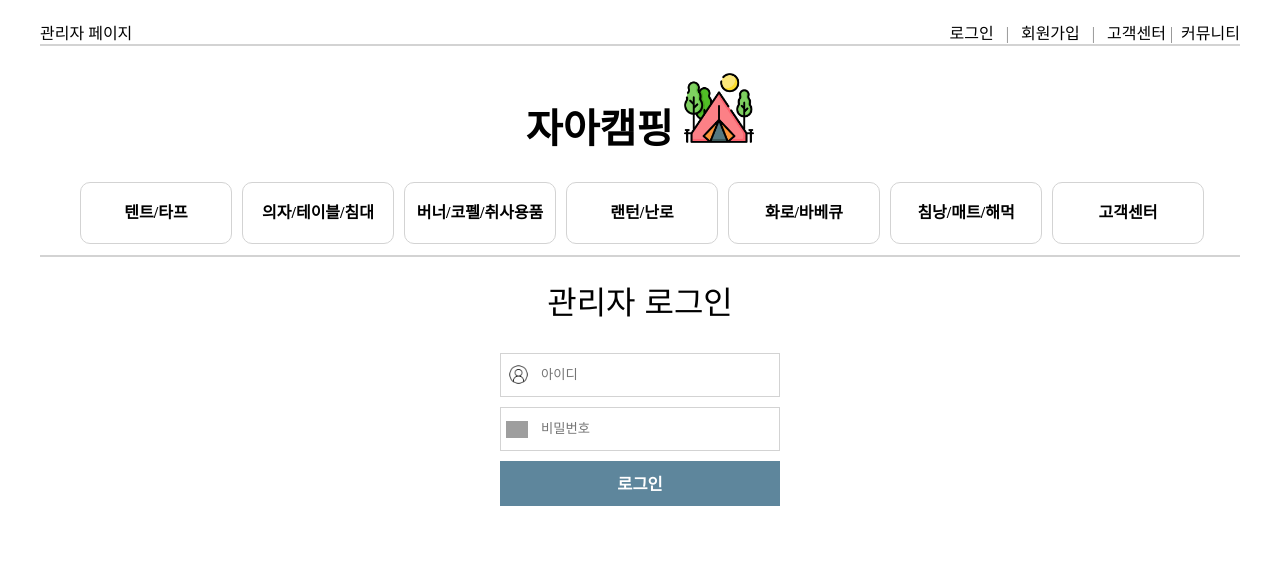
Repository: JJang-Ah/JSP-shoping-mall-project
Page: http://localhost/JaAhCamping/manager/logon/managerLoginForm.jsp
The author's editor kept a copy of each file at every save. The page is drawn from the files as they stood at one save, then again after the next save.
The browser window is 1280 px wide. The pictures show the whole page.
Pictures or frames that could not be fetched are drawn as grey boxes. Some web fonts or font styles are not loaded; a fallback is used. The page is served by Tomcat 9. Other server files are loaded and not shown.

Above is the page before, as saved 2022-06-06 11:18:43.

### JaAhCamping/WebContent/manager/logon/managerLoginForm.jsp
<%@ page language="java" contentType="text/html; charset=UTF-8"
    pageEncoding="UTF-8"%>
<!DOCTYPE html>
<html>
<head>
<meta charset="UTF-8">
<title>관리자 로그인 폼</title>
<style>
@import url('https://fonts.googleapis.com/css2?family=Do+Hyeon&family=Hammersmith+One&family=Paytone+One&display=swap');
a { text-decoration: none; color: black;}
/* 상단 - 메인, 서브 타이틀 */
.m_title { font-family:'Paytone One', sans-serif; text-align: center;}

.s_title { font-family:'Do Hyeon', sans-serif; font-size: 2em; text-align: center; margin-bottom: 30px}

/* 중단 - 로그인 박스 */
.a_box { width: 300px; margin: 20px auto;}
.b_box { border: 1px solid lightgray; padding: 5px; margin: 10px;}
.b_box input[type='text'], .b_box input[type='password'] { height: 30px; padding-left: 35px; border: none;}
.b_box input[type='text']:focus, .b_box input[type='password']:focus { outline: none;}
.b_box input[type='text'] { background: url('../../icons/login_id.png') no-repeat; background-size: 25px; background-position: left center;}
.b_box input[type='password'] { background: url('../../icons/login_pwd.png') no-repeat; background-size: 22px; background-position: left center;}
.c_box { padding: 0; margin: 10px;}
.c_box input[type='button'] { width: 280px; height: 45px; border: none; background: #5e869c; color: #fff; font-weight: bold; font-size: 1.03em;}
</style>

<script>

document.addEventListener("DOMContentLoaded", function() {
	let form = document.managerLoginForm;

	let btn_login = document.getElementById("btn_login");
	btn_login.addEventListener("click", function() {
		if(!form.managerId.value) {
			alert('아이디를 입력하시오.');
			form.managerId.focus();
			return;
		}
		if(!form.managerPwd.value) {
			alert('비밀번호를 입력하시오.');
			form.managerPwd.focus();
			return;
		}
		form.submit();
	})
})

</script>
</head>
<body>

<div id="container">
	<jsp:include page="../../mall/shopTop.jsp"></jsp:include>

	<div class="s_title">관리자 로그인</div>

	<form action="managerLoginPro.jsp" method="post" name="managerLoginForm">
		<div class="a_box">
			<div class="b_box">
				<%-- flaticon 사이트에서 아이콘 다운 --%>
				<input type="text" name="managerId" id="managerId" placeholder="아이디" size="28">
			</div>
			<div class="b_box">
				<input type="password" name="managerPwd" id="managerPwd" placeholder="비밀번호" size="28">
			</div>
			<div class="c_box">
				<input type="button" value="로그인" id="btn_login">
			</div>
		</div>

	</form>
</div>

</body>
</html>

### JaAhCamping/WebContent/mall/shopTop.jsp
<%@ page language="java" contentType="text/html; charset=UTF-8"
    pageEncoding="UTF-8"%>
<!DOCTYPE html>
<html>
<head>
<meta charset="UTF-8">
<title>Insert title here</title>
<link href="https://fonts.googleapis.com/css2?family=Do+Hyeon&display=swap" rel="stylesheet">

<style>
#container { width: 1200px; margin: 20px auto;}
/* 상단 */
a { text-decoration: none; color: black;}
.t_box1 { text-align: right;}
.t_box1 #admin_page { display: inline-block; float: left;}
.t_box1 .user_menu { display: inline-block; float: right; color: gray;}
.h_line { clear: both; border: 1px solid lightgray; margin-top: 20px;}
.title { text-align: center; font-family: 'Do Hyeon', sans-serif; font-size: 40px;}
#camping { width: 70px; height: 70px;}
#title_sub_go { font-size: 0.8em;}

/* 메뉴 */
.m_menu { list-style: none; font-weight: bold;}
.m_menu .m_m_list { display: inline-block; float: left; width: 150px; height: 60px;
margin-right: 10px; border: 1px solid lightgray; text-align: center; line-height: 60px; border-radius: 10px;}
.m_menu > .m_m_list { position: relative;}
.m_menu { color: black;}
.m_menu > .m_m_list:hover >.s_menu { display: block;}
.m_m_list > .s_menu { display: none; position: absolute; top: 60px; border: 1px solid black; background: #f0f0f0; border-radius: 10px;}
.s_menu .s_m_list { text-align: left; width: 200px;}

.t_line { clear: both; border: 1px solid lightgray; margin-top: 100px;}
</style>
</head>
<body>
<%
request.setCharacterEncoding("utf-8");

String memberId = (String)session.getAttribute("memberId");

if(memberId == null) {

}

%>
<div id="container">

	<div class="t_box1"> <%--  --%>
		<div id="admin_page"><a href="../manager/managerMain.jsp">관리자 페이지</a></div>
		<div class="user_menu">
		<%if(memberId == null) {  %>
			<a href="../logon/memberLoginForm.jsp"><span>로그인</span></a>&ensp; |&ensp;
			<a href="../member/memberJoinForm.jsp"><span>회원가입</span></a>&ensp; |&ensp;
		<%} else { %>
			<a href="../member/memberInfoForm.jsp"><span><%=memberId %>님</span></a>&ensp; |&ensp;
			<a href="../logon/memberLogout.jsp"><span>로그아웃</span></a>&ensp; |&ensp;
			<a href="#"><span>장바구니</span></a>&ensp; |&ensp;
		<%} %>
		<a href="#">고객센터</a>&nbsp;|&nbsp;
		<a href="#">커뮤니티</a>
		</div>
	</div>
	<hr class="h_line">

	<%-- 상단 제목 --%>
	<h1 class="title"><a href="http://localhost:8088/JaAhCamping/mall/shopAll.jsp">자아캠핑&nbsp;<img alt="camping" src="../icons/camping.png" id="camping"></a></h1>



	<nav class="menu">
		<ul class="m_menu">
			<li class="m_m_list"><a href="#">텐트/타프</a>
				<div class="s_menu">
					<ul>
						<li class="s_m_list"><a href="#">텐트</a></li>
						<li class="s_m_list"><a href="#">텐트관련품</a></li>
						<li class="s_m_list"><a href="#">타프</a></li>
						<li class="s_m_list"><a href="#">폴대/펙/스트링/스토퍼</a></li>
						<li class="s_m_list"><a href="#">공구</a></li>
						<li class="s_m_list"><a href="#">기타(텐트/타프)</a></li>
					</ul>
				</div>
			</li>
			<li class="m_m_list"><a href="#">의자/테이블/침대</a>
				<div class="s_menu">
					<ul>
						<li class="s_m_list"><a href="#">의자</a></li>
						<li class="s_m_list"><a href="#">테이블</a></li>
						<li class="s_m_list"><a href="#">선반/수납가구</a></li>
						<li class="s_m_list"><a href="#">야전침대</a></li>
						<li class="s_m_list"><a href="#">퍼니쳐</a></li>
						<li class="s_m_list"><a href="#">기타(의자/테이블/침대)</a></li>
					</ul>
				</div>
			</li>
			<li class="m_m_list"><a href="#">버너/코펠/취사용품</a>
				<div class="s_menu">
					<ul>
						<li class="s_m_list"><a href="#">버너</a></li>
						<li class="s_m_list"><a href="#">코펠</a></li>
						<li class="s_m_list"><a href="#">취사용품</a></li>
						<li class="s_m_list"><a href="#">식기류</a></li>
						<li class="s_m_list"><a href="#">기타(버터/코펠/취사용품)</a></li>
					</ul>
				</div>
			</li>
			<li class="m_m_list"><a href="#">랜턴/난로</a>
				<div class="s_menu">
					<ul>
						<li class="s_m_list"><a href="#">랜턴</a></li>
						<li class="s_m_list"><a href="#">후레쉬</a></li>
						<li class="s_m_list"><a href="#">난로</a></li>
						<li class="s_m_list"><a href="#">액세서리</a></li>
						<li class="s_m_list"><a href="#">기타(랜턴/난로)</a></li>
					</ul>
				</div>
			</li>
			<li class="m_m_list"><a href="#">화로/바베큐</a>
				<div class="s_menu">
					<ul>
						<li class="s_m_list"><a href="#">화로대</a></li>
						<li class="s_m_list"><a href="#">바베큐 그릴</a></li>
						<li class="s_m_list"><a href="#">토치</a></li>
						<li class="s_m_list"><a href="#">바베큐 소품</a></li>
						<li class="s_m_list"><a href="#">기타(화로/바베큐)</a></li>
					</ul>
				</div>
			</li>
			<li class="m_m_list"><a href="#">침낭/매트/해먹</a>
				<div class="s_menu">
					<ul>
						<li class="s_m_list"><a href="#">침낭</a></li>
						<li class="s_m_list"><a href="#">베개/쿠션/방석</a></li>
						<li class="s_m_list"><a href="#">매트</a></li>
						<li class="s_m_list"><a href="#">해먹</a></li>
						<li class="s_m_list"><a href="#">기타(침낭/매트/해먹)</a></li>
					</ul>
				</div>
			</li>
			<li class="m_m_list"><a href="#">고객센터</a>
			</li>
		</ul>
	</nav>
	<hr class="t_line">
</div>

</body>
</html>

After the next save:
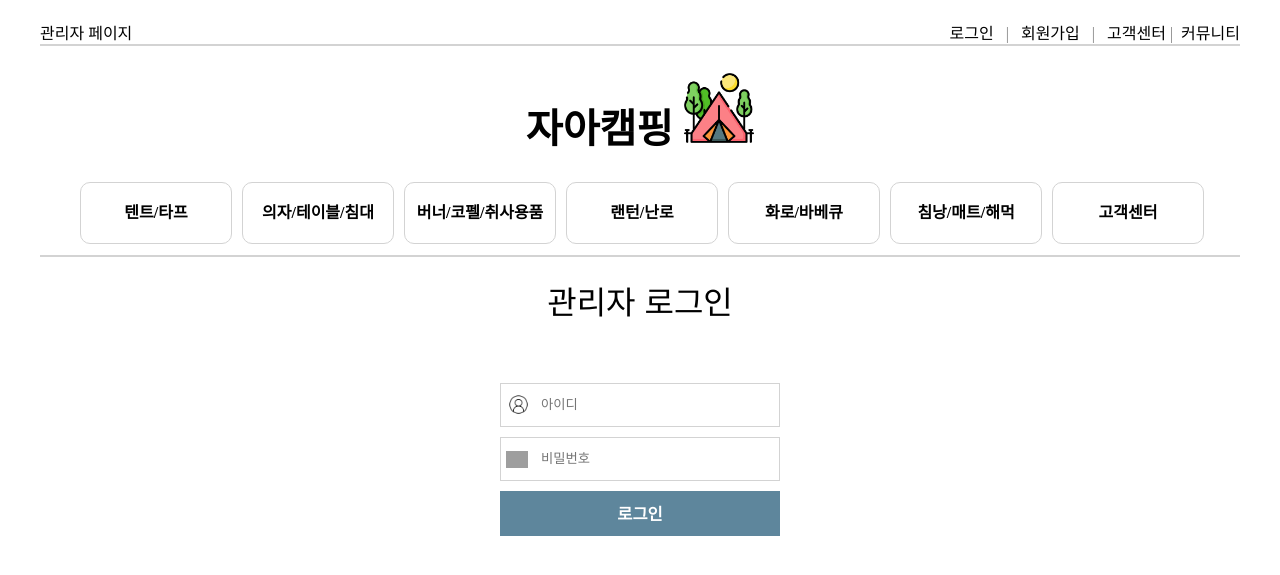
Saved 12 s later.
--- a/JaAhCamping/WebContent/manager/logon/managerLoginForm.jsp
+++ b/JaAhCamping/WebContent/manager/logon/managerLoginForm.jsp
@@ -14,7 +14,7 @@ a { text-decoration: none; color: black;}
 .s_title { font-family:'Do Hyeon', sans-serif; font-size: 2em; text-align: center; margin-bottom: 30px}
 
 /* 중단 - 로그인 박스 */
-.a_box { width: 300px; margin: 20px auto;}
+.a_box { width: 300px; margin: 60px auto;}
 .b_box { border: 1px solid lightgray; padding: 5px; margin: 10px;}
 .b_box input[type='text'], .b_box input[type='password'] { height: 30px; padding-left: 35px; border: none;}
 .b_box input[type='text']:focus, .b_box input[type='password']:focus { outline: none;}
